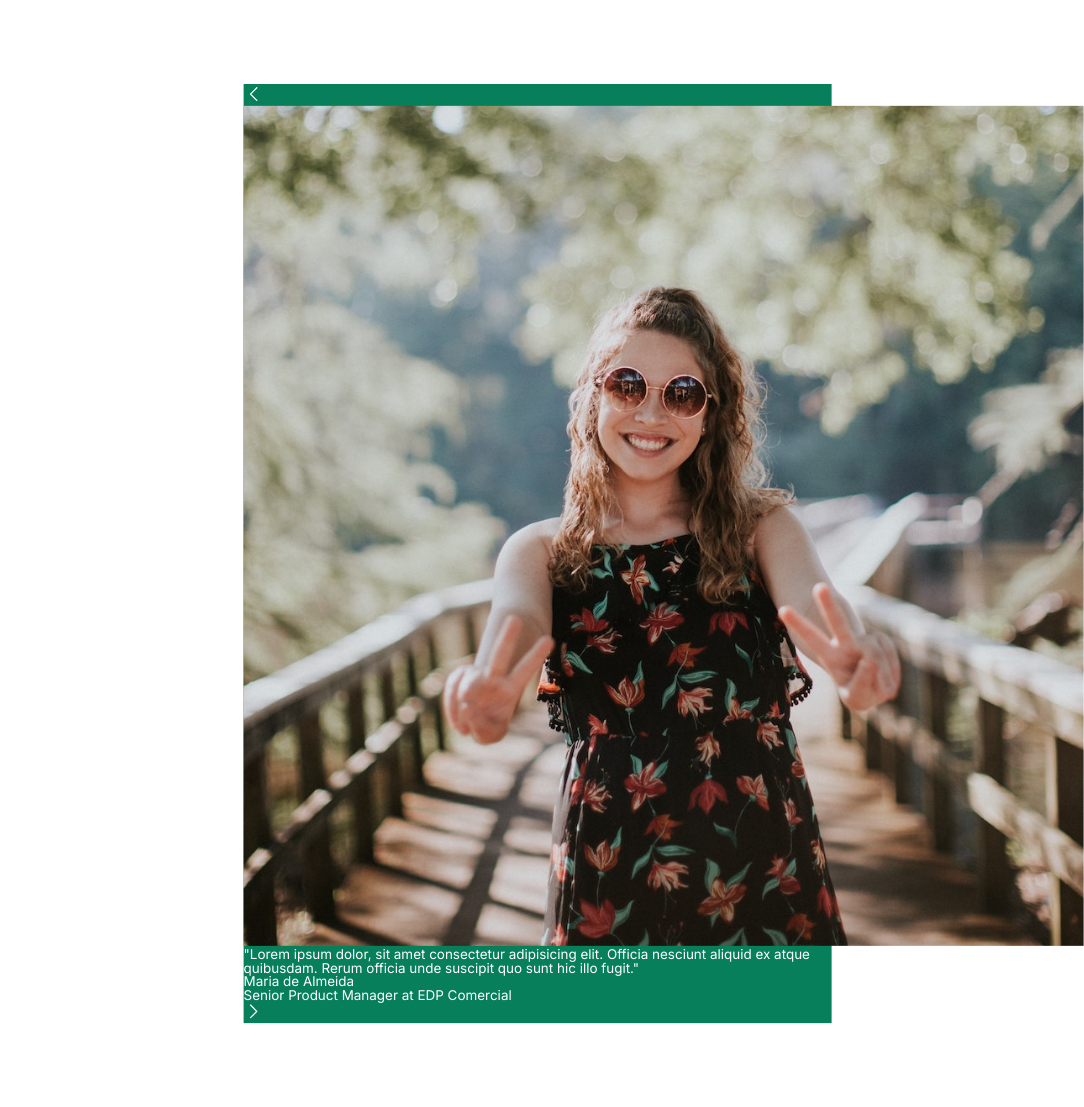
Repository: Ahmed123rezk123/06-Components
Page: carousel.html
The author's editor kept a copy of each file at every save. The page is drawn from the files as they stood at one save, then again after the next save.
The browser window is 1280 px wide. The page is 1290 px wide, so the pictures cover 1290 px, including what lies to the right of the window. The pictures show the whole page, at 84% of full size.

Above is the page before, as saved 2024-09-16 03:44:20.

After the next save:
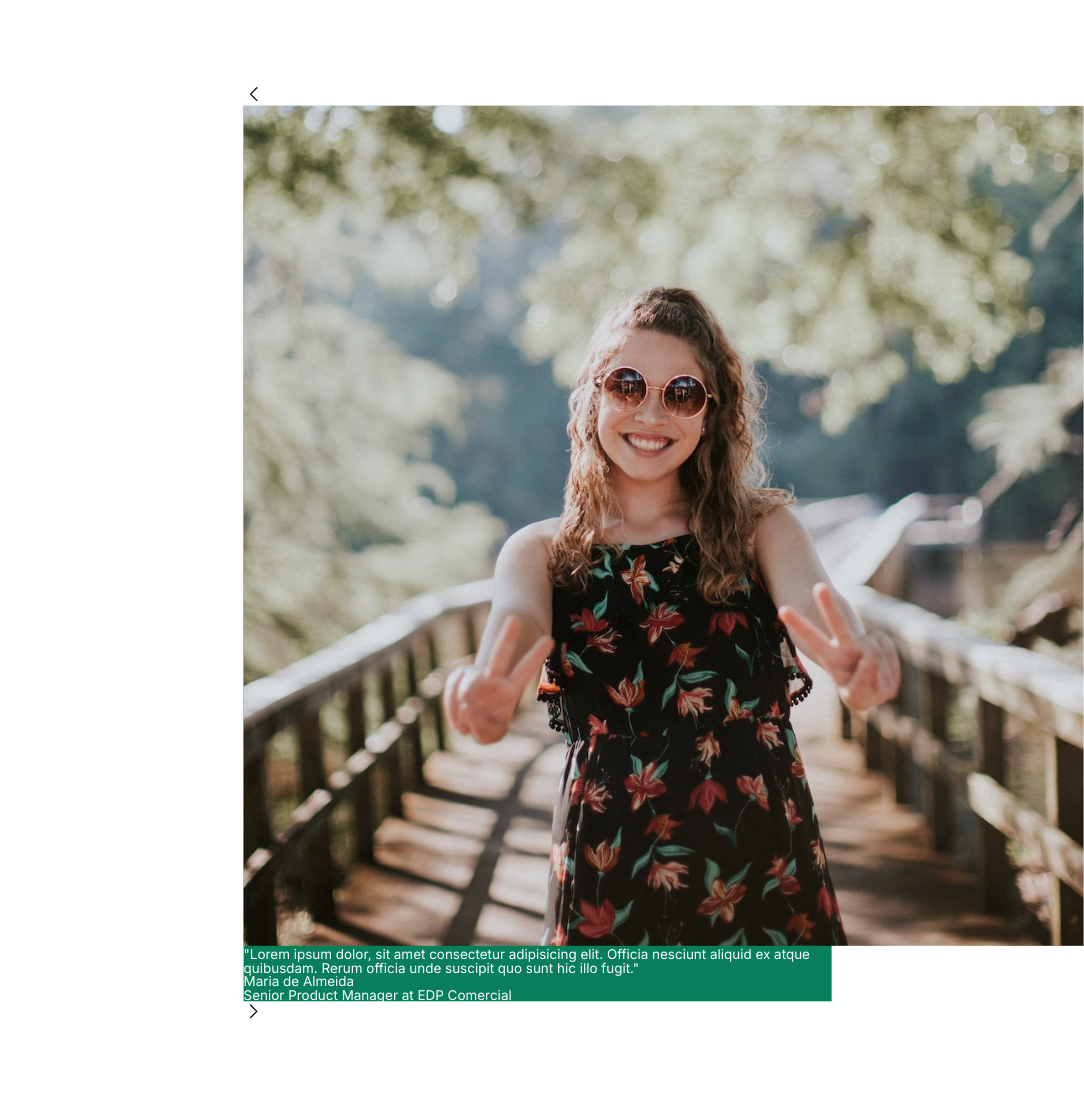
Saved 49 s later.
--- a/carousel.html
+++ b/carousel.html
@@ -24,10 +24,10 @@
       .carousel {
         width: 700px;
         margin: 100px auto;
+      }
+      .item {
         background-color: #087f5b;
         color: #fff;
-      }
-      .item {
       }
       .icon {
         width: 24px;
@@ -38,21 +38,21 @@
   </head>
   <body>
     <div class="carousel">
+      <svg
+        xmlns="http://www.w3.org/2000/svg"
+        fill="none"
+        viewBox="0 0 24 24"
+        stroke-width="1.5"
+        stroke="currentColor"
+        class="icon"
+      >
+        <path
+          stroke-linecap="round"
+          stroke-linejoin="round"
+          d="M15.75 19.5 8.25 12l7.5-7.5"
+        />
+      </svg>
       <div class="item">
-        <svg
-          xmlns="http://www.w3.org/2000/svg"
-          fill="none"
-          viewBox="0 0 24 24"
-          stroke-width="1.5"
-          stroke="currentColor"
-          class="icon"
-        >
-          <path
-            stroke-linecap="round"
-            stroke-linejoin="round"
-            d="M15.75 19.5 8.25 12l7.5-7.5"
-          />
-        </svg>
         <img src="maria.jpg" alt="" />
         <p class="text">
           "Lorem ipsum dolor, sit amet consectetur adipisicing elit. Officia
@@ -61,21 +61,21 @@
         </p>
         <span class="name">Maria de Almeida</span>
         <p class="job-title">Senior Product Manager at EDP Comercial</p>
-        <svg
-          xmlns="http://www.w3.org/2000/svg"
-          fill="none"
-          viewBox="0 0 24 24"
-          stroke-width="1.5"
-          stroke="currentColor"
-          class="icon"
-        >
-          <path
-            stroke-linecap="round"
-            stroke-linejoin="round"
-            d="m8.25 4.5 7.5 7.5-7.5 7.5"
-          />
-        </svg>
       </div>
+      <svg
+        xmlns="http://www.w3.org/2000/svg"
+        fill="none"
+        viewBox="0 0 24 24"
+        stroke-width="1.5"
+        stroke="currentColor"
+        class="icon"
+      >
+        <path
+          stroke-linecap="round"
+          stroke-linejoin="round"
+          d="m8.25 4.5 7.5 7.5-7.5 7.5"
+        />
+      </svg>
     </div>
   </body>
 </html>
